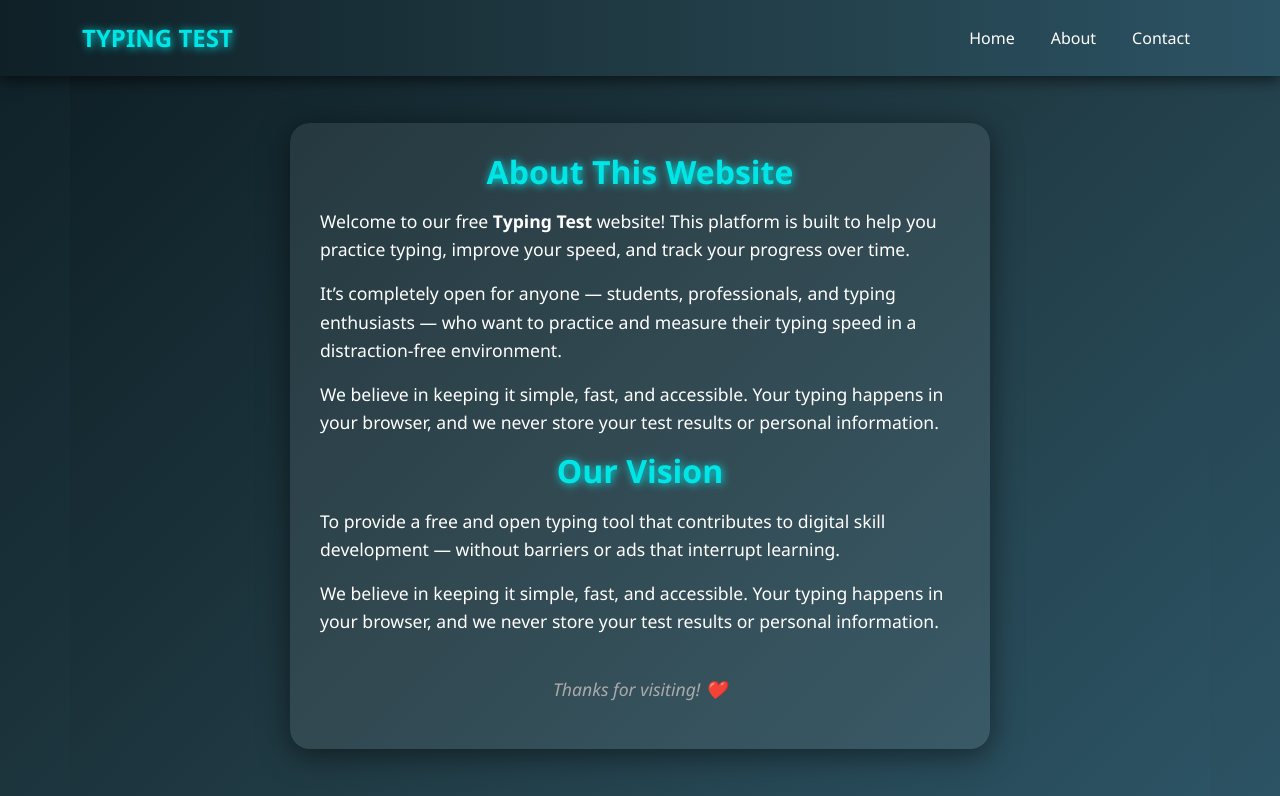
Repository: SHAHZADcodr/typing-test-react
Page: /about
An editor plug-in stored every save of this project. The page is shown before and after the next save, followed by the edit.
The browser window is 1280 px wide. The pictures show the whole page.
The project was rebuilt for these pictures with package versions that can differ from the ones it lists, and the page was loaded fresh each time. Also part of the build but not shown: src/customCss/Home.css, src/pages/Home.jsx, src/customCss/Contact.css, src/pages/Contact.jsx, src/customCss/Game.css, src/pages/Game.jsx, src/customCss/GameOver.css, src/pages/GameOver.jsx. Imported but missing from the stored project, and not drawn on this page: src/assets/background.mp3, src/assets/pop.mp3.

Above is the page before, as saved 2025-04-09 15:37:43.

After the next save:
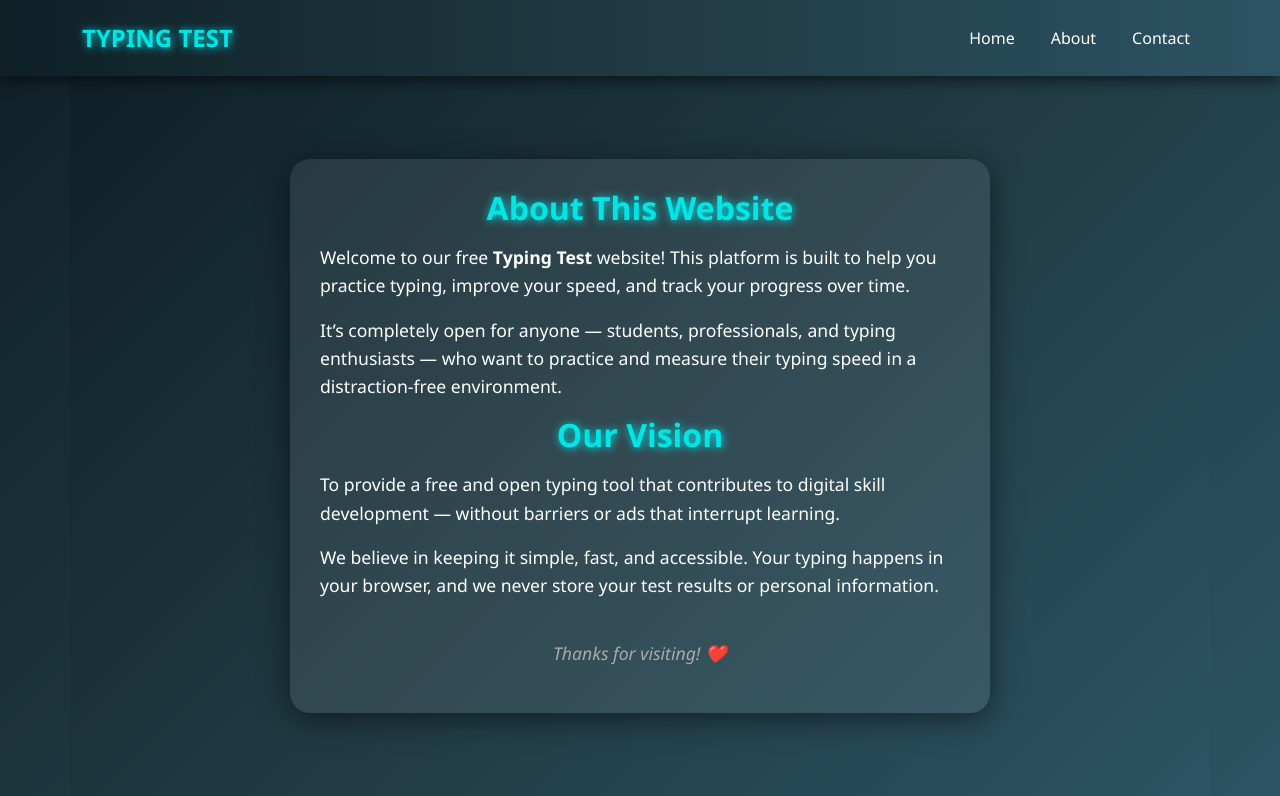
Saved 28 s later.
--- a/src/pages/About.jsx
+++ b/src/pages/About.jsx
@@ -11,7 +11,6 @@ const About = () => {
           Welcome to our free <strong>Typing Test</strong> website! This platform is built to help you practice typing, improve your speed, and track your progress over time.
         </p>
         <p>It’s completely open for anyone — students, professionals, and typing enthusiasts — who want to practice and measure their typing speed in a distraction-free environment.</p>
- <p>We believe in keeping it simple, fast, and accessible. Your typing happens in your browser, and we never store your test results or personal information.</p>
 
   <h2 className="mb-3 text-center">Our Vision</h2>
   <p>To provide a free and open typing tool that contributes to digital skill development — without barriers or ads that interrupt learning.</p>
